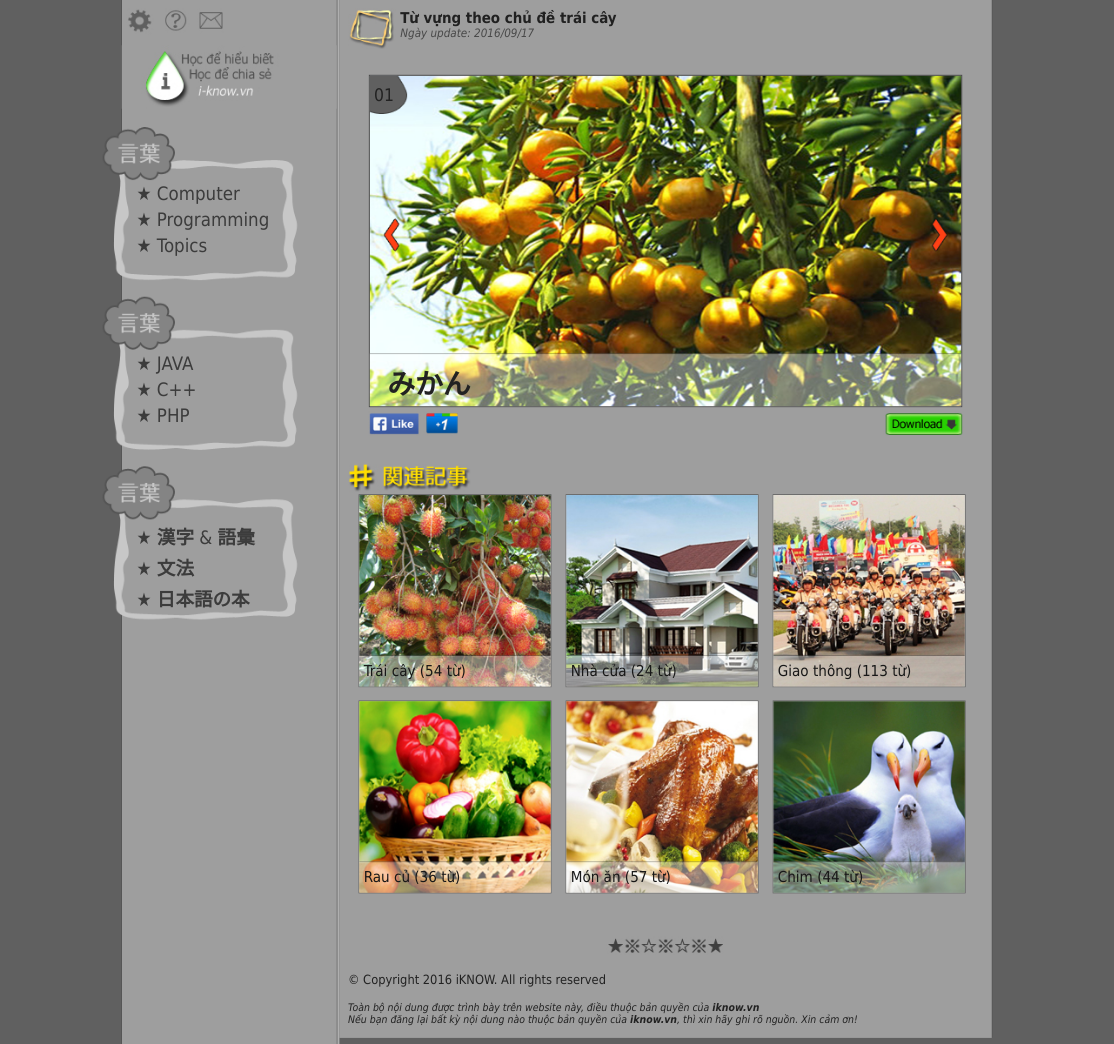
Repository: ruanonglam/_workspace
Page: Web Design/iknow.vn/WebContent/cotoba-view.html
An editor plug-in stored every save of this project. The page is shown before and after the next save, followed by the edit.
The browser window is 1280 px wide. The pictures show the whole page, at 87% of full size.

Above is the page before, as saved 2016-09-18 06:15:33.

After the next save:
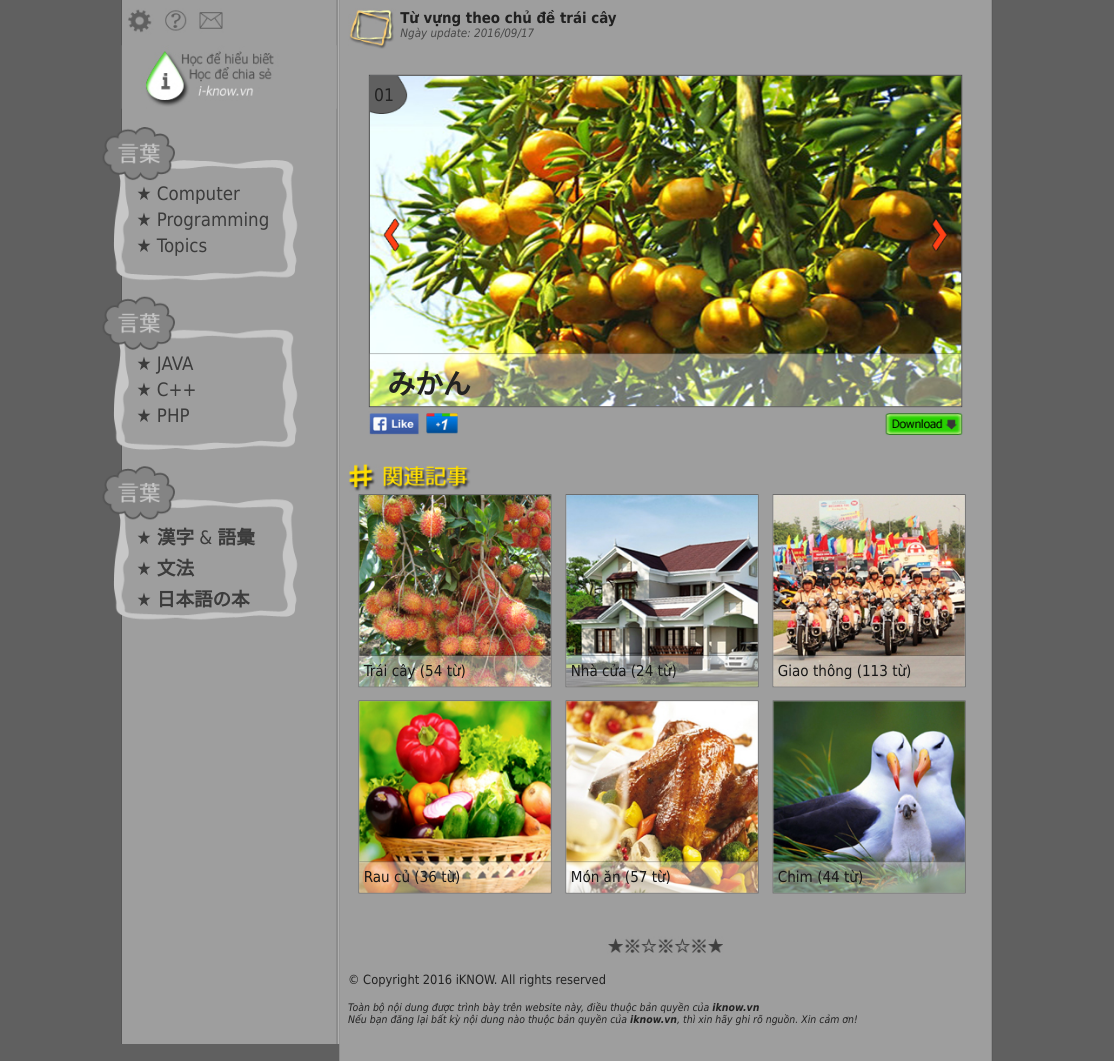
Saved 54 s later.
--- a/Web Design/iknow.vn/WebContent/_css/main.css
+++ b/Web Design/iknow.vn/WebContent/_css/main.css
@@ -97,7 +97,7 @@ div#right_frame{
 	float: right;
 	width: 730px;
 	padding: 10px;
-	min-height: 980px;
+	min-height: 1200px;
 	border-right: 1px solid #454545;
 	background: #9E9E9E;
 }
